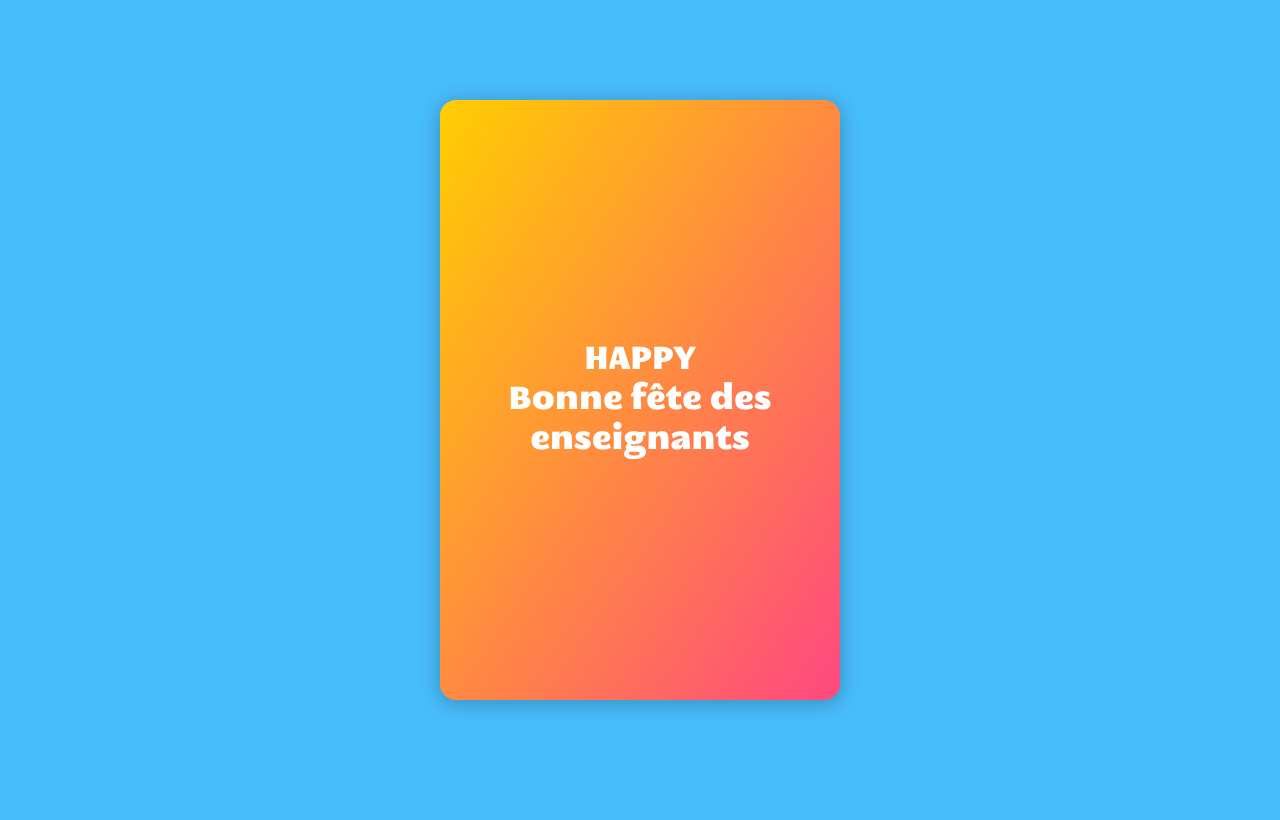
Repository: maixuanhieu/giftcard-madamephuong
Page: index.html
The author's editor kept a copy of each file at every save. The page is drawn from the files as they stood at one save, then again after a run of saves.
The browser window is 1280 px wide. The pictures show the whole page.

Above is the page before, as saved 2021-11-19 19:32:50.

After the next 4 saves:
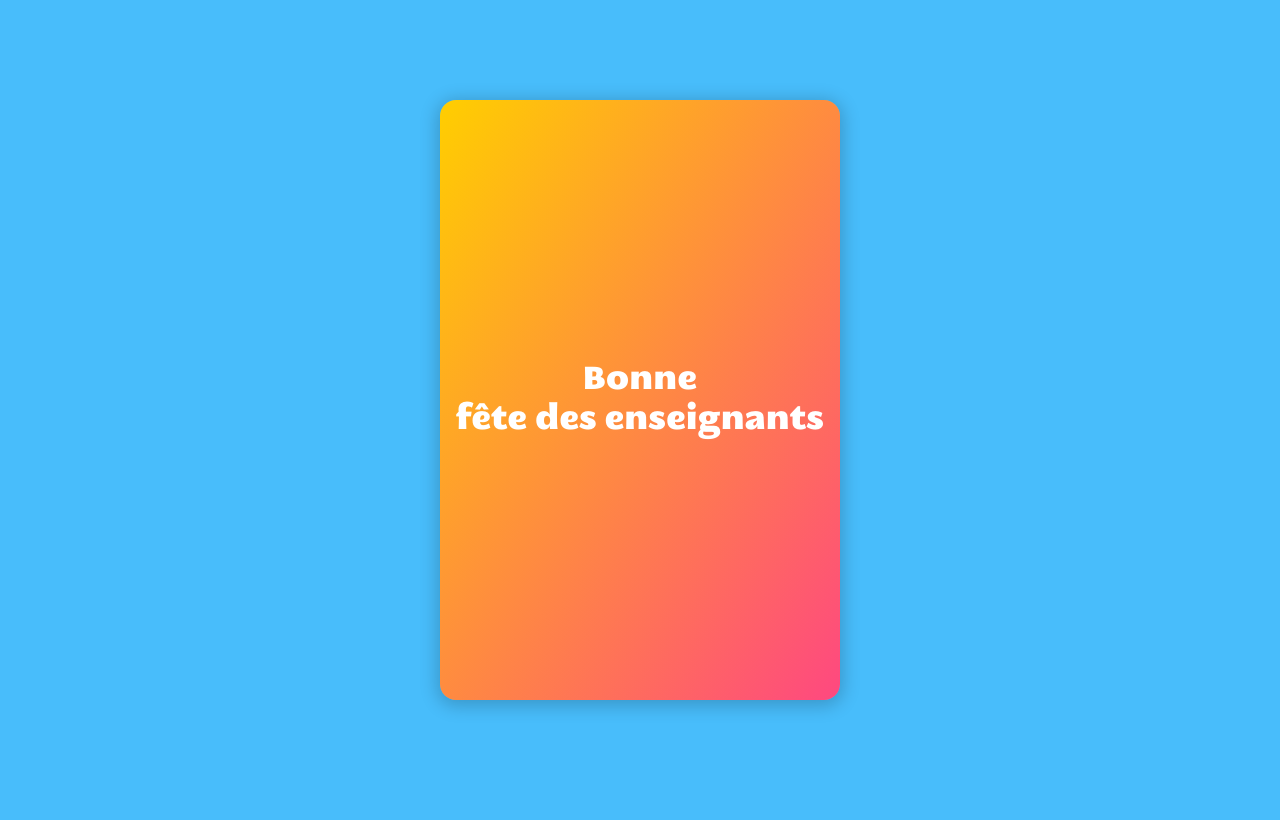
The 4 saves are shown as one change because they came seconds apart.
The last was saved 10 s later.
--- a/index.html
+++ b/index.html
@@ -13,7 +13,7 @@
    <div class="card" onclick="play()">
        <div class="card__inner" >
            <div class="card__face card__face--front">
-            <h2 style="text-align: center; line-height: 40px;">HAPPY <br> Bonne fête des enseignants</h2>
+            <h2 style="text-align: center; line-height: 40px;">Bonne <br>fête des enseignants</h2>
            </div>
            <div class="card__face card__face--back">
             <div class="card__content">
